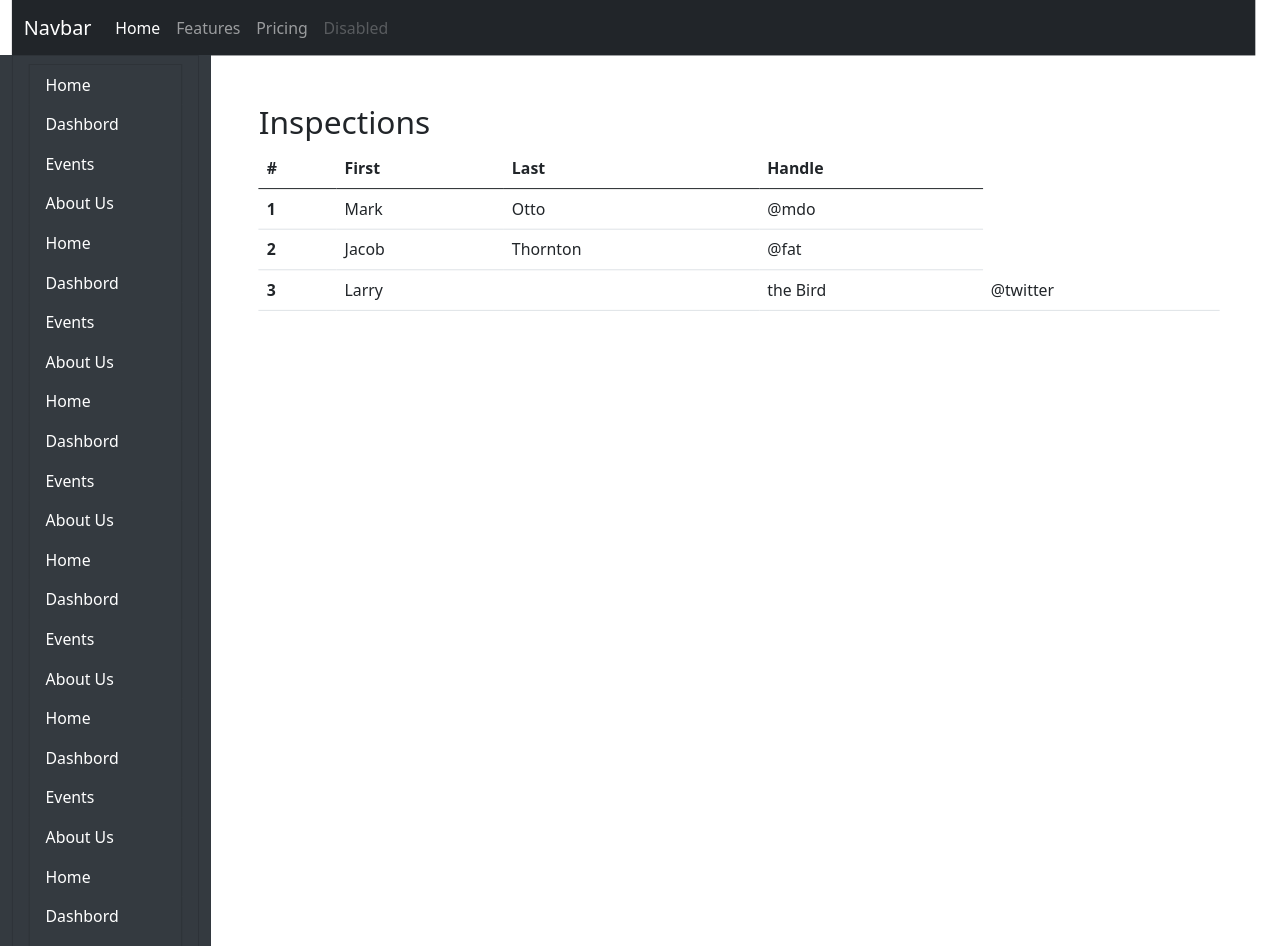
Repository: Dayvid0/BOOTSTRAP-TUTORIALS
Page: BOOTSTRAP-GRID-LAYOUTS/ibmexample.html
An editor plug-in stored every save of this project. The page is shown before and after the next save, followed by the edit.
The browser window is 1280 px wide. The pictures show the whole page, at 99% of full size.

Above is the page before, as saved 2025-01-27 12:05:59.

### BOOTSTRAP-GRID-LAYOUTS/ibmexample.html
<!doctype html>
<html lang="en">
  <head>
    <!-- Required meta tags -->
    <meta charset="utf-8">
    <meta name="viewport" content="width=device-width, initial-scale=1">
    <title>IBM PRACTICE LAYOUT</title>
    <!-- Bootstrap CSS -->
    <link href="https://cdn.jsdelivr.net/npm/bootstrap@5.0.2/dist/css/bootstrap.min.css" rel="stylesheet" integrity="sha384-EVSTQN3/azprG1Anm3QDgpJLIm9Nao0Yz1ztcQTwFspd3yD65VohhpuuCOmLASjC" crossorigin="anonymous">
    <link rel="stylesheet" href="ibm-style.css"
  </head>
  <body>
    <div class="container-fluid">
      <nav class="navbar navbar-expand-lg navbar-dark bg-dark">
        <div class="container-fluid">
          <a class="navbar-brand" href="#">Navbar</a>
          <button class="navbar-toggler" type="button" data-bs-toggle="collapse" data-bs-target="#navbarNav" aria-controls="navbarNav" aria-expanded="false" aria-label="Toggle navigation">
            <span class="navbar-toggler-icon"></span>
          </button>
          <div class="collapse navbar-collapse" id="navbarNav">
            <ul class="navbar-nav">
              <li class="nav-item">
                <a class="nav-link active" aria-current="page" href="#">Home</a>
              </li>
              <li class="nav-item">
                <a class="nav-link" href="#">Features</a>
              </li>
              <li class="nav-item">
                <a class="nav-link" href="#">Pricing</a>
              </li>
              <li class="nav-item">
                <a class="nav-link disabled" href="#" tabindex="-1" aria-disabled="true">Disabled</a>
              </li>
            </ul>
          </div>
        </div>
      </nav>
    </div>
    <div class="container-fluid">
      <div class="row"> <!-- ./row-->
        <div class="col-2 sidebar">
          <ul class="list-group-item">
            <li class="list-group-item list-group-item-dark">Home</li>
            <li class="list-group-item list-group-item-dark">Dashbord</li>
            <li class="list-group-item list-group-item-dark">Events</li>
            <li class="list-group-item list-group-item-dark">About Us</li>
            <li class="list-group-item list-group-item-dark">Home</li>
            <li class="list-group-item list-group-item-dark">Dashbord</li>
            <li class="list-group-item list-group-item-dark">Events</li>
            <li class="list-group-item list-group-item-dark">About Us</li>
            <li class="list-group-item list-group-item-dark">Home</li>
            <li class="list-group-item list-group-item-dark">Dashbord</li>
            <li class="list-group-item list-group-item-dark">Events</li>
            <li class="list-group-item list-group-item-dark">About Us</li>
            <li class="list-group-item list-group-item-dark">Home</li>
            <li class="list-group-item list-group-item-dark">Dashbord</li>
            <li class="list-group-item list-group-item-dark">Events</li>
            <li class="list-group-item list-group-item-dark">About Us</li>
            <li class="list-group-item list-group-item-dark">Home</li>
            <li class="list-group-item list-group-item-dark">Dashbord</li>
            <li class="list-group-item list-group-item-dark">Events</li>
            <li class="list-group-item list-group-item-dark">About Us</li>
            <li class="list-group-item list-group-item-dark">Home</li>
            <li class="list-group-item list-group-item-dark">Dashbord</li>
            <li class="list-group-item list-group-item-dark">Events</li>
            <li class="list-group-item list-group-item-dark">About Us</li>
          </ul>
        </div><!-- ./col-3-->
        <div class=" main-content col-10 p-5">
        <h2>Inspections</h2>
        <table class="table">
          <thead>
            <tr>
              <th scope="col">#</th>
              <th scope="col">First</th>
              <th scope="col">Last</th>
              <th scope="col">Handle</th>
            </tr>
          </thead>
          <tbody>
            <tr>
              <th scope="row">1</th>
              <td>Mark</td>
              <td>Otto</td>
              <td>@mdo</td>
            </tr>
            <tr>
              <th scope="row">2</th>
              <td>Jacob</td>
              <td>Thornton</td>
              <td>@fat</td>
            </tr>
            <tr>
              <th scope="row">3</th>
              <td colspan="2">Larry </td>
              <td>the Bird</td>
              <td>@twitter</td>
            </tr>
          </tbody>
        </table>
        </div><!-- ./col-9-->
      </div><!-- ./row -->
    </div><!-- ./container-fluid -->
    <script src="https://cdn.jsdelivr.net/npm/bootstrap@5.0.2/dist/js/bootstrap.bundle.min.js" integrity="sha384-MrcW6ZMFYlzcLA8Nl+NtUVF0sA7MsXsP1UyJoMp4YLEuNSfAP+JcXn/tWtIaxVXM" crossorigin="anonymous"></script>
  </body>
</html>

### BOOTSTRAP-GRID-LAYOUTS/ibm-style.css
.sidebar {
  background-color: #343a40;
  max-height: 900px;
  overflow-y: scroll;
}
.list-group-item {
  background-color: transparent;
  color: white;
  border-bottom: 1px grey;
}
.main-content {
  background-color: e9e9e9;
}
.table {
  background-color: white;
}

After the next save:
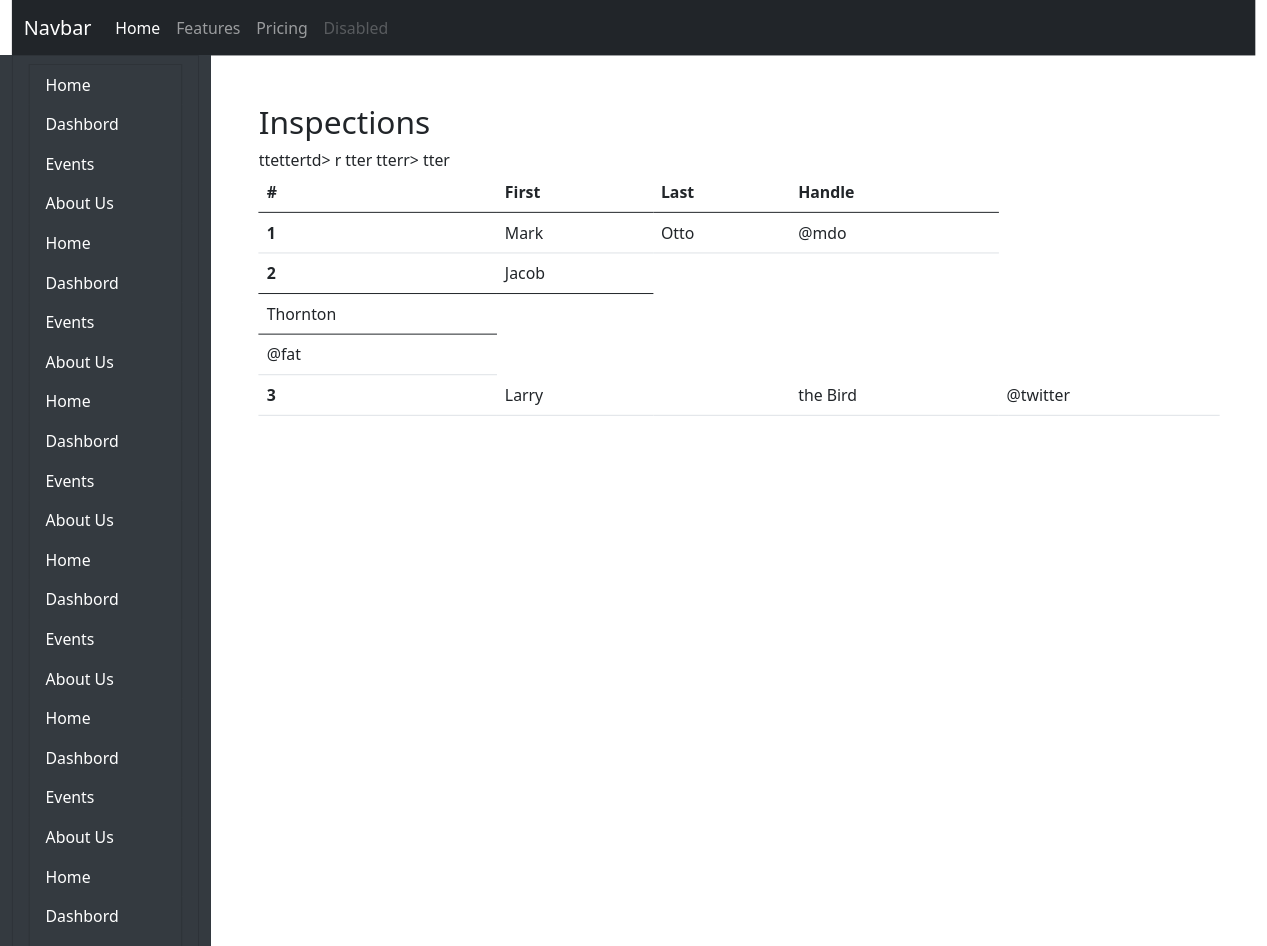
Saved 69 s later.
--- a/BOOTSTRAP-GRID-LAYOUTS/ibmexample.html
+++ b/BOOTSTRAP-GRID-LAYOUTS/ibmexample.html
@@ -87,19 +87,33 @@
             <tr>
               <th scope="row">2</th>
               <td>Jacob</td>
-              <td>Thornton</td>
-              <td>@fat</td>
+              ttetter</tter</td>
+            </tr>
+          </tbody>td>
+            </tr>
+          </tbody>r</td>
+            </tr>
+          </tbody><td>Thornton</td>
+          tter</td>
+        </tr>
+      </tbody>  tter</td>
+        </ttter</td>
+      </tr>
+    </tbody>r>
+      </tbody>        <td>@fat</td>
             </tr>
             <tr>
               <th scope="row">3</th>
               <td colspan="2">Larry </td>
               <td>the Bird</td>
               <td>@twitter</td>
-            </tr>
+            </tr>tter</td>
+          </tr>
+        </tbody>
           </tbody>
         </table>
         </div><!-- ./col-9-->
-      </div><!-- ./row -->
+      </div><!-- ./row the Bird-->
     </div><!-- ./container-fluid -->
     <script src="https://cdn.jsdelivr.net/npm/bootstrap@5.0.2/dist/js/bootstrap.bundle.min.js" integrity="sha384-MrcW6ZMFYlzcLA8Nl+NtUVF0sA7MsXsP1UyJoMp4YLEuNSfAP+JcXn/tWtIaxVXM" crossorigin="anonymous"></script>
   </body>

After the save that followed:
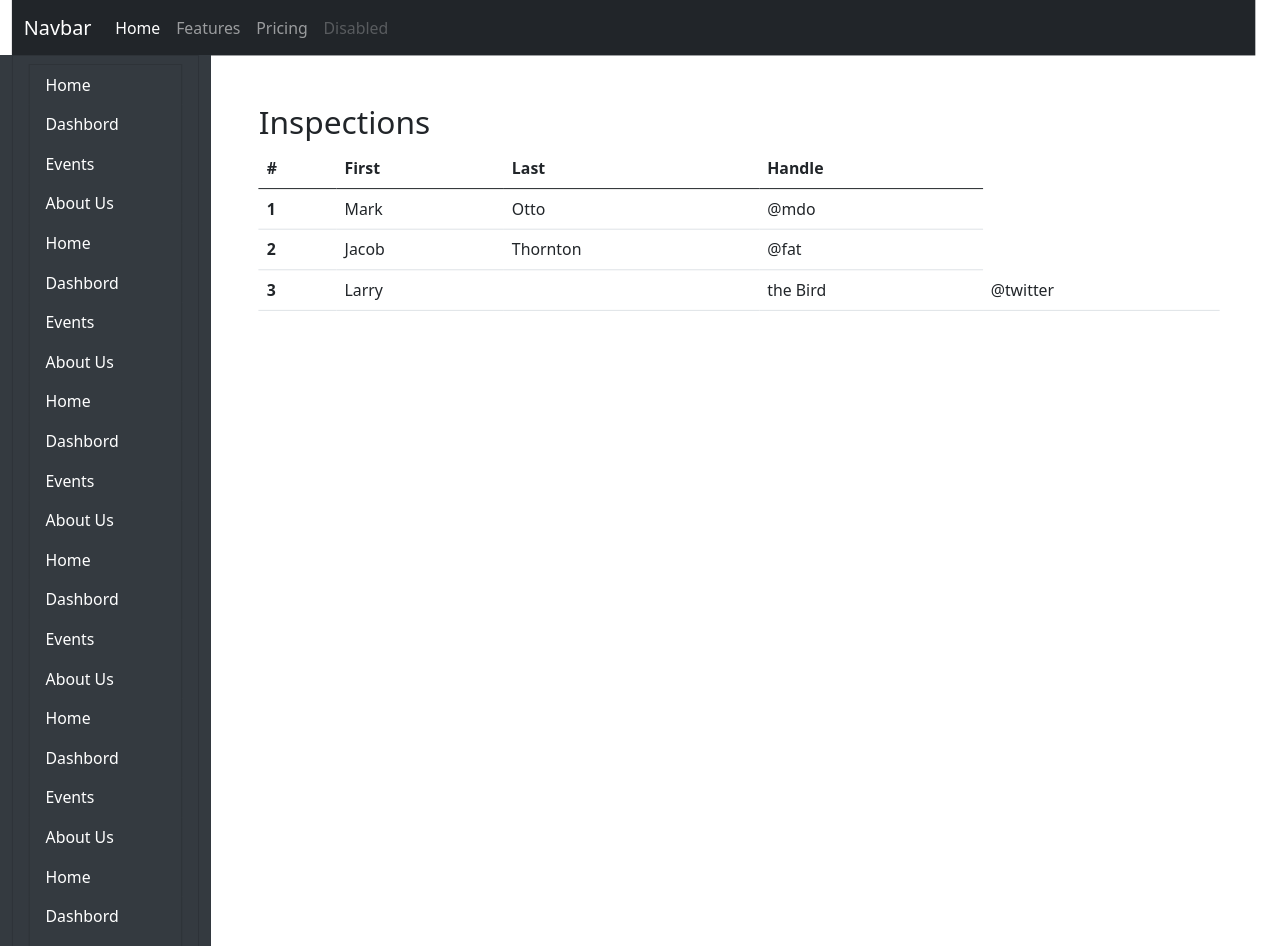
Saved 11 s later.
--- a/BOOTSTRAP-GRID-LAYOUTS/ibmexample.html
+++ b/BOOTSTRAP-GRID-LAYOUTS/ibmexample.html
@@ -87,29 +87,15 @@
             <tr>
               <th scope="row">2</th>
               <td>Jacob</td>
-              ttetter</tter</td>
-            </tr>
-          </tbody>td>
-            </tr>
-          </tbody>r</td>
-            </tr>
-          </tbody><td>Thornton</td>
-          tter</td>
-        </tr>
-      </tbody>  tter</td>
-        </ttter</td>
-      </tr>
-    </tbody>r>
-      </tbody>        <td>@fat</td>
+              <td>Thornton</td>
+              <td>@fat</td>
             </tr>
             <tr>
               <th scope="row">3</th>
               <td colspan="2">Larry </td>
               <td>the Bird</td>
               <td>@twitter</td>
-            </tr>tter</td>
-          </tr>
-        </tbody>
+            </tr>
           </tbody>
         </table>
         </div><!-- ./col-9-->
